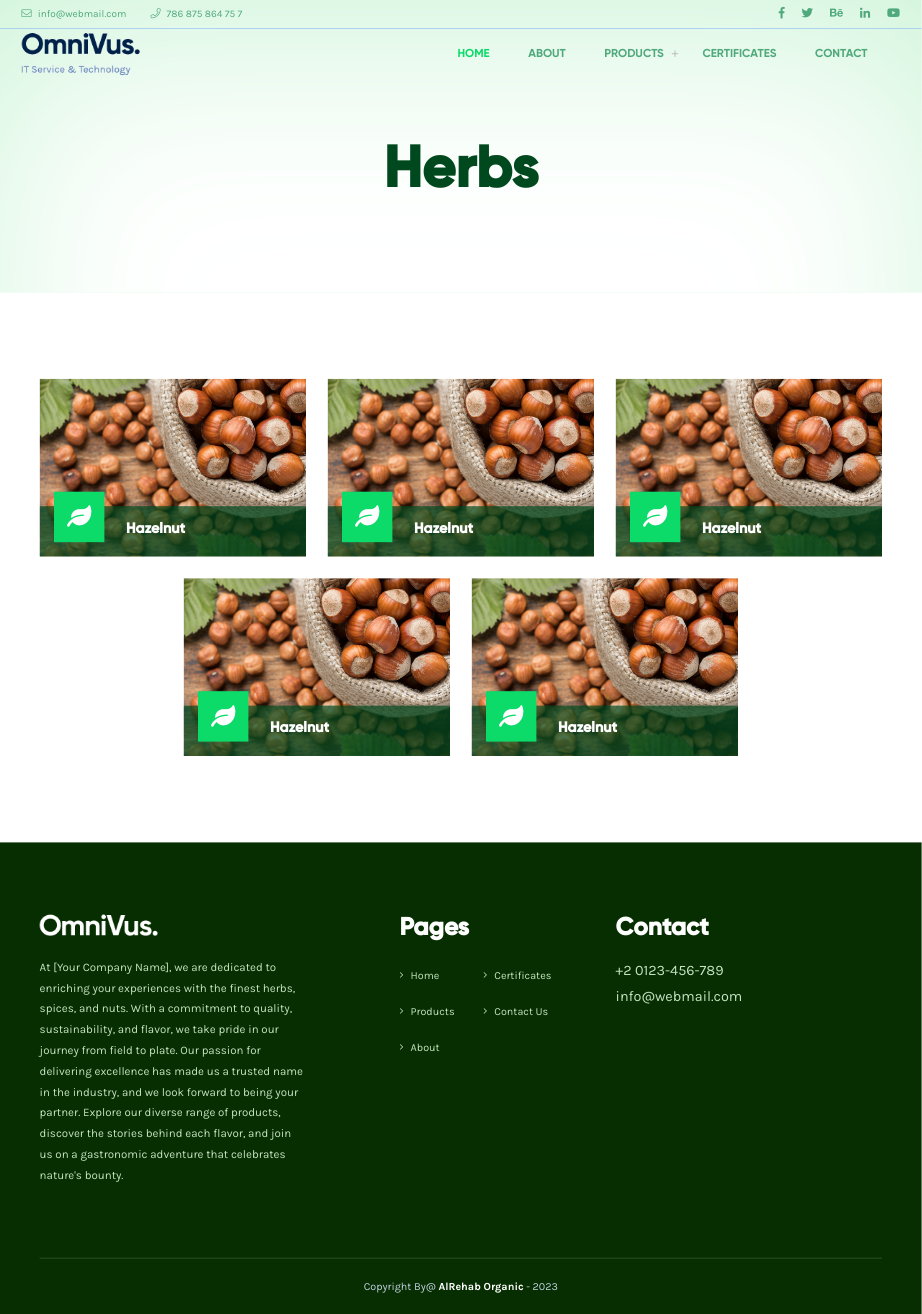
Repository: ziadmoh/alrehab-organic
Page: herbs copy 2.html
The author's editor kept a copy of each file at every save. The page is drawn from the files as they stood at one save, then again after the next save.
The browser window is 1280 px wide. The pictures show the whole page, at 72% of full size.
The style sheet was rebuilt from its Sass, Less or Tailwind sources for each picture, by a compiler version that may differ from the author's.

Above is the page before, as saved 2023-09-26 12:16:28.

After the next save:
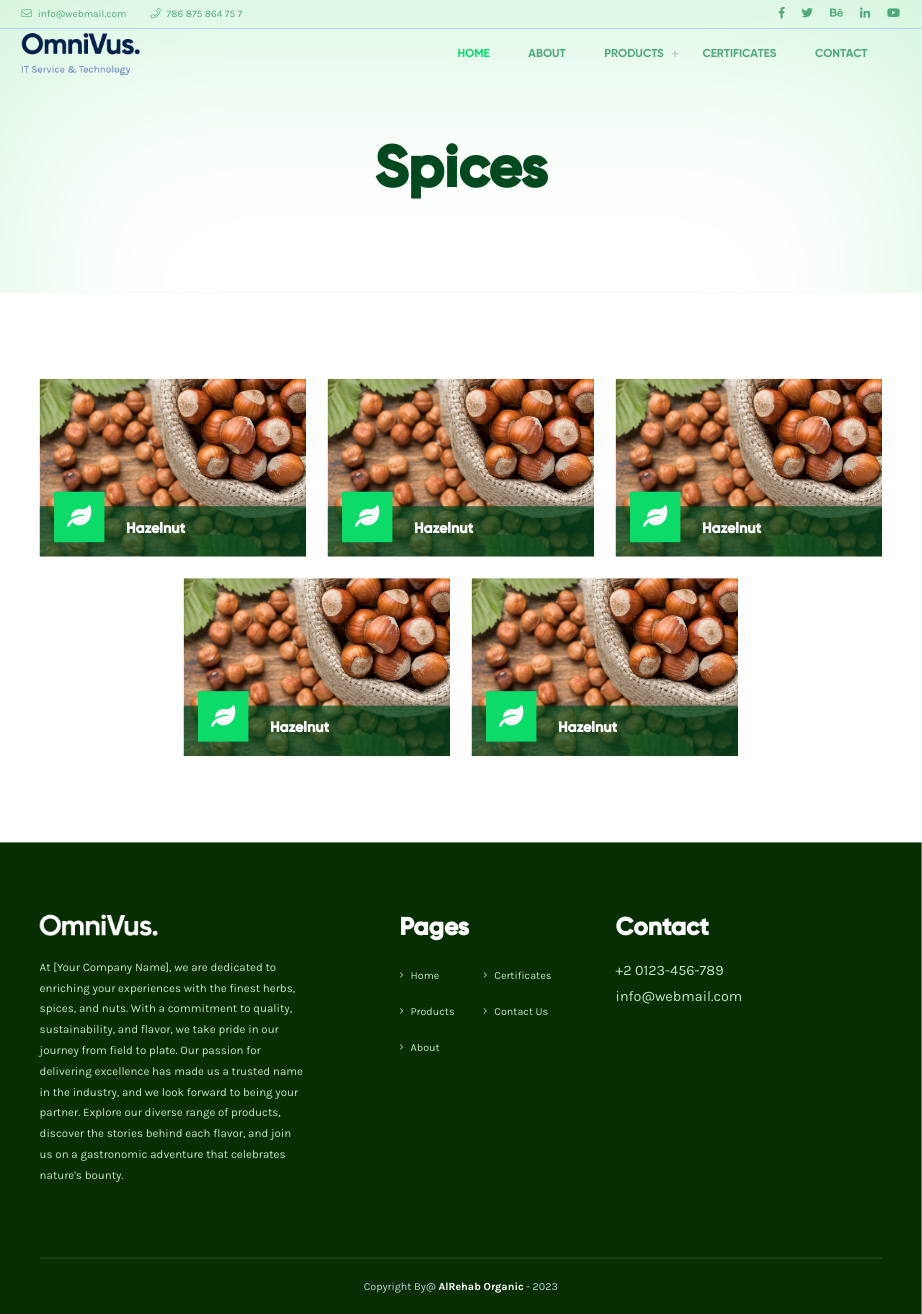
Saved 1 s later.
--- a/herbs copy 2.html
+++ b/herbs copy 2.html
@@ -114,7 +114,7 @@
     <!--====== Page Title start ======-->
     <section class="page-title-area">
         <div class="container">
-            <h2 class="title">Herbs</h2>
+            <h2 class="title">Spices</h2>
         </div>
     </section>
     <!--====== Page Title End ======-->
